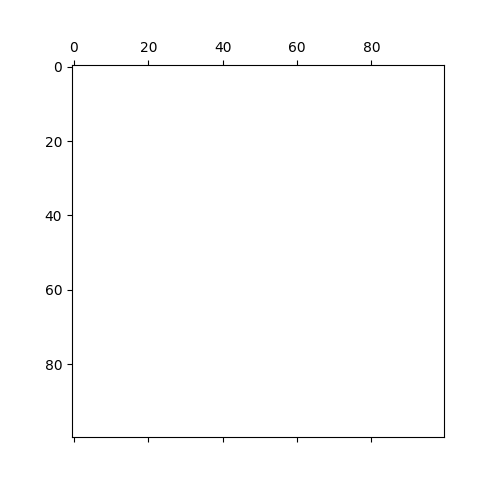
Repository: eduardodut/Trabalho_final_estatistica_cd
Script's output: python src/Simulador.py
The author's editor kept a copy of each file at every save. The script's output is drawn from the files as they stood at one save, then again after the next save.
Random numbers start from a fixed seed.

Above is the script's output before, as saved 2020-07-10 19:06:19.

### src/Simulador.py
import pandas as pd
import numpy as np
from Matriz_esferica import Matriz_esferica
from Individuo import Individuo, Fabrica_individuo
import random
from itertools import permutations
import matplotlib.pyplot as plt
from matplotlib.colors import ListedColormap
from scipy.sparse import csr_matrix, lil_matrix




class Simulador():

    def __init__(
        self,
        tamanho_matriz,                 #numero de linhas e colunas da matriz esférica
        percentual_inicial_tipo1,       #percentual inicial da população que será infectada tipo 1
        percentual_inicial_tipo2,       #percentual inicial da população que será infectada tipo 2
        chance_infeccao,                #chance que um infectado tipo 2 tem de infectar um indivíduo saudável
        chance_infeccao_tipo2,          #chance de um indivíduo infectado se tornar contagioso
        chance_morte,                   #chance de um indivíduo tipo 2 morrer ao fim de uma atualização
        atualizacoes_cura):             #número de atualizações necessárias para a cura de um indivíduo tipo 1 ou 2

        self.num_atualizacoes = 0
        self.lista_infectados_tipo_2 = []
        self.lista_infectados_tipo_1 = []
        self.num_curados = 0
        self.num_mortos = 0

        self.chance_infeccao = chance_infeccao
        self.chance_infeccao_tipo2 = chance_infeccao_tipo2
        self.chance_morte = chance_morte

        self.populacao_inicial = int(tamanho_matriz**2)
        self.num_inicial_tipo2 = int(self.populacao_inicial * percentual_inicial_tipo2)
        self.num_inicial_tipo1 = int(self.populacao_inicial * percentual_inicial_tipo1)
        self.num_inicial_sadios = self.populacao_inicial - (self.num_inicial_tipo2 + self.num_inicial_tipo1)
        self.fabrica_individuo = Fabrica_individuo(atualizacoes_cura)



        self.df_individuos = pd.DataFrame(index= range(tamanho_matriz), columns=range(tamanho_matriz))


        self.popular(tamanho_matriz)

        self.lista_matrizes_posicionamento = []





        #objeto que é responsável por validar a movimentação no grid n x n
        self.matriz_esferica = Matriz_esferica(tamanho_matriz)


        self.matriz_status = lil_matrix((tamanho_matriz, tamanho_matriz),dtype= np.uint8)


        dict = {
                'num_sadios':self.num_inicial_sadios,
                'num_infect_t1':self.num_inicial_tipo1,
                'num_infect_t2':self.num_inicial_tipo2,
                'num_curados':0,
                'num_mortos':0}


        #dataframe que guardará os resultados de cada atualização
        self.dataframe = pd.DataFrame(index = [0])
        self.salvar_posicionamento()



    def salvar_posicionamento(self):
        self.lista_matrizes_posicionamento.append(self.matriz_status)


    def verificar_infeccao(self, lista_infectantes):
        lista_novos_infectados_tipo1 = []
        lista_novos_infectados_tipo2 = []
        #itera sobre sobre a lista de individuos que infectam e cada um realiza a tividade de infectar
        for X,Y in lista_infectantes:

            #busca os vizinhos do infectante atual
            lista_vizinhos = self.matriz_esferica.get_vizinhos(X, Y)
            #Para cada vizinho, se ele for sadio, é gerado um número aleatório para verificar se foi infectado
            for x,y in lista_vizinhos:

                #verificação de SADIO
                if self.matriz_status[x,y] == Individuo.SADIO:
                    #verificação do novo status
                    novo_status = self.infectar(chance_infeccao, chance_infeccao_tipo2)
                    #se for um infectado tipo 1
                    if novo_status == Individuo.INFECTADO_TIPO_1:
                        #adiciona na lista de novos tipo 1
                        lista_novos_infectados_tipo1.append((x,y))
                        #modifica o status na matriz de status
                        self.df_individuos.loc[x,y] = self.fabrica_individuo.criar_individuo(Individuo.INFECTADO_TIPO_1,(x,y))
                        self.matriz_status[x,y] = Individuo.INFECTADO_TIPO_1

                    if novo_status == Individuo.INFECTADO_TIPO_2:
                        #adiciona na lista de novos tipo 2
                        lista_novos_infectados_tipo2.append((x,y))
                        #modifica o status na matriz de status
                        self.df_individuos.loc[x,y] = self.fabrica_individuo.criar_individuo(Individuo.INFECTADO_TIPO_2,(x,y))
                        self.matriz_status[x,y] = Individuo.INFECTADO_TIPO_2

        return lista_novos_infectados_tipo1, lista_novos_infectados_tipo2

    def verificar_morte(self, lista_infectantes_tipo2):
        num_mortos = 0
        num_curados = 0
        for x,y in lista_infectantes_tipo2:
            novo_status = self.df_individuos.loc[x,y].checagem_morte(self.chance_morte)
            if novo_status == Individuo.MORTO:
                num_mortos += 1
                self.matriz_status[x,y] = Individuo.MORTO
                lista_infectantes_tipo2.remove((x,y))
            if novo_status == Individuo.CURADO:
                num_curados += 1
                self.matriz_status[x,y] = Individuo.CURADO
                lista_infectantes_tipo2.remove((x,y))

        return num_mortos, num_curados


    def verificar_cura(self, lista_infectantes):
        num_curados = 0
        for x,y in lista_infectantes:
            novo_status = self.df_individuos.loc[x,y].checagem_cura()
            if novo_status == Individuo.CURADO:
                num_curados += 1
                self.matriz_status[x,y] = Individuo.CURADO
                lista_infectantes.remove((x,y))

        return num_curados




    def iterar(self):

        #Verifica os novos infectados a partir dos atuais infectantes na matriz
        lista_novos_infectados_tipo1, lista_novos_infectados_tipo2 = self.verificar_infeccao(self.lista_infectados_tipo_1 + self.lista_infectados_tipo_2)


        #Verifica morte dos tipo 2
        num_mortos_atualizacao, num_curados_t2_atualizacao = self.verificar_morte(self.lista_infectados_tipo_2)



        # #retirar os mortos da atualização da lista de infectados tipo 2
        # self.lista_infectados_tipo_2 = [i for i in self.lista_infectados_tipo_2 if i.status != Individuo.MORTO]

        #atualiza o novo número de mortos
        self.num_mortos += num_mortos_atualizacao


        #Verificar cura
        num_curados_t1_atualizacao = self.verificar_cura(self.lista_infectados_tipo_1)


        # #retirar os curados das lista de infectados tipo 1 e 2
        # self.lista_infectados_tipo_2 = [i for i in self.lista_infectados_tipo_2 if i.status != Individuo.CURADO]
        # self.lista_infectados_tipo_1 = [i for i in self.lista_infectados_tipo_1 if i.status != Individuo.CURADO]

        #adiciona os novos curados na lista geral de curados
        self.num_curados = self.num_curados + num_curados_t1_atualizacao + num_curados_t2_atualizacao



        # self.  #movimentar infectantes:
        for x,y in self.lista_infectados_tipo_1:
            self.mover_infectante((x,y))

        for x,y in self.lista_infectados_tipo_2:
            self.mover_infectante((x,y))


        #adicionar os novos infectados tipo 1 e 2 para as respectivas listas
        self.lista_infectados_tipo_2 = self.lista_infectados_tipo_2 + lista_novos_infectados_tipo2
        self.lista_infectados_tipo_1 = self.lista_infectados_tipo_1 + lista_novos_infectados_tipo1



        num_tipo_1 = len(self.lista_infectados_tipo_1)

        num_tipo_2 = len(self.lista_infectados_tipo_2)

        dict = {
                'num_sadios':self.populacao_inicial - self.num_mortos - self.num_curados - num_tipo_1 - num_tipo_2 ,
                'num_infect_t1':num_tipo_1,
                'num_infect_t2':num_tipo_2,
                'num_curados':self.num_curados,
                'num_mortos':self.num_mortos}

        self.dataframe = self.dataframe.append(dict, ignore_index=True)

        print("num t1: ", num_tipo_1)
        print("num t2: ", num_tipo_2)
        print("num curados: ", self.num_curados)
        print("num mortos: ", self.num_mortos)
        print("---------")
        #salva a nova matriz de status
        self.salvar_posicionamento()

        #adiciona 1 ao número de atualizações realizadas na matriz
        self.num_atualizacoes +=1

    def infectar(self, chance_infeccao, chance_infeccao_tipo2):
        saida = Individuo.SADIO

        #número aleatório para chance de infectar o vizinho
        rng_infeccao = random.random()
        if rng_infeccao <= chance_infeccao:
            #número aleatório para chance de infecção tipo 1 ou 2
            rng_infeccao_tipo2 = random.random()
            if rng_infeccao_tipo2 <= chance_infeccao_tipo2:
                saida = Individuo.INFECTADO_TIPO_2
            else:
                saida = Individuo.INFECTADO_TIPO_1
        return saida

    def popular(self, tamanho_matriz):

        # for index, row in self.df_individuos.iterrows():
        #     for item in row:
        #         item = self.fabrica_individuo.criar_individuo(Individuo.SADIO,(0,0))
        self.df_individuos.iloc[:,:] = self.fabrica_individuo.criar_individuo(Individuo.SADIO,(0,0))


        #lista de possíveis combinações de índices da matriz de dados
        permutacoes = permutations(list(range(tamanho_matriz)),2)
        #conversão para lista de tuplas(x,y)
        lista_indices = list(permutacoes)
        #embaralhamento dos índices
        random.shuffle(lista_indices)

        #cria o primeiro tipo1:
        indice = lista_indices.pop()
        ind_x = indice[0]
        ind_y = indice[1]
        self.lista_infectados_tipo_1.append((ind_x,ind_y))
        print(indice)
        self.df_individuos.loc[ind_x,ind_y] = self.fabrica_individuo.criar_individuo(Individuo.INFECTADO_TIPO_1,(ind_x,ind_y))
        print(self.df_individuos)
        #cria o restante dos tipos 1
        for i in range(1,self.num_inicial_tipo1):
            indice = lista_indices.pop()
            ind_x = indice[0]
            ind_y = indice[1]
            self.lista_infectados_tipo_1.append((ind_x,ind_y))
            self.df_individuos.loc[ind_x,ind_y] = self.fabrica_individuo.criar_individuo(Individuo.INFECTADO_TIPO_1,(ind_x,ind_y))


        #cria o restante dos tipo 2:
        for indice in range(self.num_inicial_tipo2):
            indice = lista_indices.pop()
            ind_x = indice[0]
            ind_y = indice[1]
            self.lista_infectados_tipo_2.append((ind_x,ind_y))
            self.df_individuos.loc[ind_x,ind_y] = self.fabrica_individuo.criar_individuo(Individuo.INFECTADO_TIPO_2,(ind_x,ind_y))


    def trocar_status_localizacao(self,ponto_ini,ponto_final):
        x_ini = ponto_ini[0]
        y_ini = ponto_ini[1]
        x_fin = ponto_final[0]
        y_fin = ponto_final[1]

        aux1 = self.matriz_status[x_fin,y_fin]
        self.matriz_status[x_fin,y_fin] = self.matriz_status[x_ini,y_ini]
        self.matriz_status[x_ini,y_ini] = aux1

        aux2 = self.df_individuos.loc[x_fin,y_fin]
        self.df_individuos.loc[x_fin,y_fin] = self.df_individuos.loc[x_ini,y_ini]
        self.df_individuos.loc[x_ini,y_ini] = aux2



    def mover_infectante(self, posicao_inicial):
        pos_x, pos_y = posicao_inicial[0], posicao_inicial[1]
        rng_posicao = random.random()
        if rng_posicao <=0.25:
            #move pra cima
            pos_x -= 1
        elif rng_posicao <=0.5:
            #move pra baixo
            pos_x += 1
        elif rng_posicao <=0.75:
            #move para esquerda
            pos_y -= 1
        else:
            #move para direita
            pos_y += 1

        novo_x, novo_y = self.matriz_esferica.valida_ponto_matriz(pos_x, pos_y)
        #descobre qual individuo ocupa atualmente a posição para atribuí-lo a posição de quem o está substituindo
        status = self.matriz_status[novo_x, novo_y]
        # if status == Individuo.INFECTADO_TIPO_1:
        #     individuo_ocupante_destino = self.matriz_localizacao[novo_x, novo_y]
        #     print(status)
        #     print(individuo_ocupante_destino)
        #     print(len(self.lista_infectados_tipo_1))

        #     self.lista_infectados_tipo_1[individuo_ocupante_destino].posicao = infectante.posicao
        # elif status == Individuo.INFECTADO_TIPO_2:
        #     individuo_ocupante_destino = self.matriz_localizacao[novo_x, novo_y]
        #     print(status)
        #     print(individuo_ocupante_destino)
        #     print(len(self.lista_infectados_tipo_2))
        #     self.lista_infectados_tipo_2[individuo_ocupante_destino].posicao = infectante.posicao

        # elif status == Individuo.CURADO:
        #     individuo_ocupante_destino = self.matriz_localizacao[novo_x, novo_y]
        #     self.lista_curados[individuo_ocupante_destino].posicao = infectante.posicao
        # elif status == Individuo.MORTO:
        #     individuo_ocupante_destino = self.matriz_localizacao[novo_x, novo_y]
        #     self.lista_matrizes_posicionamento[individuo_ocupante_destino].posicao = infectante.posicao


        self.trocar_status_localizacao(posicao_inicial,(novo_x, novo_y))







chance_infeccao = 0.3
chance_infeccao_tipo2 = 0.1
chance_morte = 0.2
atualizacoes_cura = 10
percentual_inicial_tipo1 = 0.0
percentual_inicial_tipo2 = 0.0


sim = Simulador(
    100,
    percentual_inicial_tipo1,
    percentual_inicial_tipo2,
    chance_infeccao,
    chance_infeccao_tipo2,
    chance_morte,atualizacoes_cura)

#print(sim.lista_matrizes_posicionamento[0])
#print(sim.lista_infectados_tipo_2)
#print(sim.lista_infectados_tipo_1)
cmap = ListedColormap(['w', 'y', 'yellow', 'red'])



plt.matshow(sim.lista_matrizes_posicionamento[0].toarray(), cmap = cmap)
#sim.iterar()
print(sim.num_inicial_tipo1)

# plt.matshow(sim.lista_matrizes_posicionamento[1].toarray(),cmap = cmap)
# sim.iterar()

# plt.matshow(sim.lista_matrizes_posicionamento[2].toarray(), cmap = cmap)
# sim.iterar()

# plt.matshow(sim.lista_matrizes_posicionamento[3].toarray(), cmap = cmap)
# sim.iterar()

# plt.matshow(sim.lista_matrizes_posicionamento[4].toarray(), cmap = cmap)
# sim.iterar()


# plt.matshow(sim.lista_matrizes_posicionamento[5].toarray(), cmap= cmap)
# sim.iterar()

# plt.matshow(sim.lista_matrizes_posicionamento[6].toarray(), cmap = cmap)
# sim.iterar()
# plt.matshow(sim.lista_matrizes_posicionamento[7].toarray(), cmap = cmap)
# sim.iterar()
# plt.matshow(sim.lista_matrizes_posicionamento[8].toarray(), cmap = cmap)
# sim.iterar()
# plt.matshow(sim.lista_matrizes_posicionamento[9].toarray(), cmap = cmap)
# sim.iterar()
plt.show();

### src/Matriz_esferica.py

import random

class Matriz_esferica():

    def __init__(self, tamanho):
        self.tamanho = tamanho

    def get_vizinho_esquerda(self, indice_x: int, indice_y: int):
        return self.checa_limite_matriz(indice_x), self.checa_limite_matriz(indice_y -1)

    def get_vizinho_direita(self, indice_x: int, indice_y: int):
        return self.checa_limite_matriz(indice_x), self.checa_limite_matriz(indice_y + 1)

    def get_vizinho_cima(self, indice_x: int, indice_y: int):
        return self.checa_limite_matriz(indice_x - 1), self.checa_limite_matriz(indice_y)

    def get_vizinho_baixo(self, indice_x: int, indice_y: int):
        return self.checa_limite_matriz(indice_x + 1), self.checa_limite_matriz(indice_y)

    def get_vizinhos(self, indice_x: int, indice_y: int):

        return self.get_vizinho_cima(indice_x,indice_y), self.get_vizinho_baixo(indice_x,indice_y),  self.get_vizinho_esquerda(indice_x,indice_y), self.get_vizinho_direita(indice_x,indice_y)

    def checa_limite_matriz(self, indice):

        if indice < 0:
            return self.tamanho + indice
        elif indice > self.tamanho - 1:
            return indice - self.tamanho
        else:
            return indice

    def valida_ponto_matriz(self, indice_x: int, indice_y: int):

        return self.checa_limite_matriz(indice_x), self.checa_limite_matriz(indice_y)

    #devolve um ponto aleatório vizinho da matriz a partir do ponto especificado em uma das 8 direções
    def passo(self, indice_x: int, indice_y: int, tamanho_max_passo: int):

        passo_x = tamanho_max_passo if random.random() >=0.5 else -tamanho_max_passo
        passo_y = tamanho_max_passo if random.random() >=0.5 else -tamanho_max_passo
        return self.checa_limite_matriz(indice_x + passo_x), self.checa_limite_matriz(indice_y + passo_y)

### src/Individuo.py
import random

class Individuo():

    SADIO = 0
    INFECTADO_TIPO_1 = 1 #assintomáticos e o infectado inicial
    INFECTADO_TIPO_2 = 2 #sintomático
    CURADO = 3
    MORTO = 4

    def __init__(
        self,
        status,
        atualizacoes_cura,
        posicao):

        self.status = status
        self.atualizacoes_cura = atualizacoes_cura
        self.posicao = posicao
    def __repr__(self):
        return  str(self.status)


    def infectar(self, chance_infeccao, chance_infeccao_tipo2):
        saida = Individuo.SADIO
        if (self.status == Individuo.INFECTADO_TIPO_2 or self.status == Individuo.INFECTADO_TIPO_1):
            #número aleatório para chance de infectar o vizinho
            rng_infeccao = random.random()
            if rng_infeccao <= chance_infeccao:
                #número aleatório para chance de infecção tipo 1 ou 2
                rng_infeccao_tipo2 = random.random()
                if rng_infeccao_tipo2 <= chance_infeccao_tipo2:
                    saida = Individuo.INFECTADO_TIPO_2
                else:
                    saida = Individuo.INFECTADO_TIPO_1



        return saida

    def checagem_morte(self, chance_morte):

        if self.status == Individuo.INFECTADO_TIPO_2:
            rng_morte = random.random()
            if rng_morte <= chance_morte:
                self.status = Individuo.MORTO
                return self.status

        return self.checagem_cura()

    def checagem_cura(self):
        if self.status == Individuo.INFECTADO_TIPO_2 or self.status == Individuo.INFECTADO_TIPO_1:
            self.atualizacoes_cura = self.atualizacoes_cura - 1

            if self.atualizacoes_cura == 0:
                self.status = Individuo.CURADO

        return self.status



class Fabrica_individuo():

    def __init__(
        self,
        atualizacoes_cura):             #número de atualizações necessárias para a cura de um indivíduo tipo 1 ou 2

        self.atualizacoes_cura = atualizacoes_cura

    def criar_individuo(self, status_inicial, posicao):

        return Individuo(
            status_inicial,
            self.atualizacoes_cura,
            posicao)

After the next save:
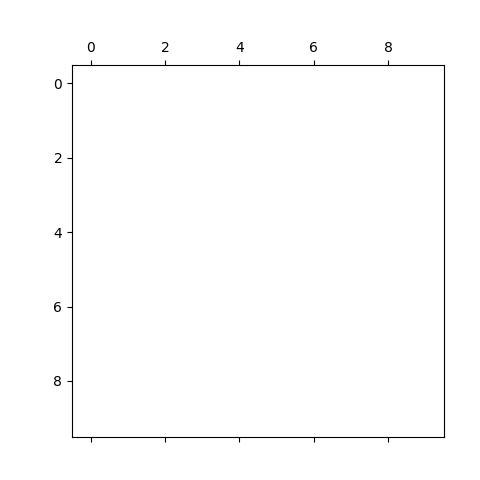
Saved 13 s later.
--- a/src/Simulador.py
+++ b/src/Simulador.py
@@ -338,7 +338,7 @@ percentual_inicial_tipo2 = 0.0
 
 
 sim = Simulador(
-    100,
+    10,
     percentual_inicial_tipo1,
     percentual_inicial_tipo2,
     chance_infeccao,
